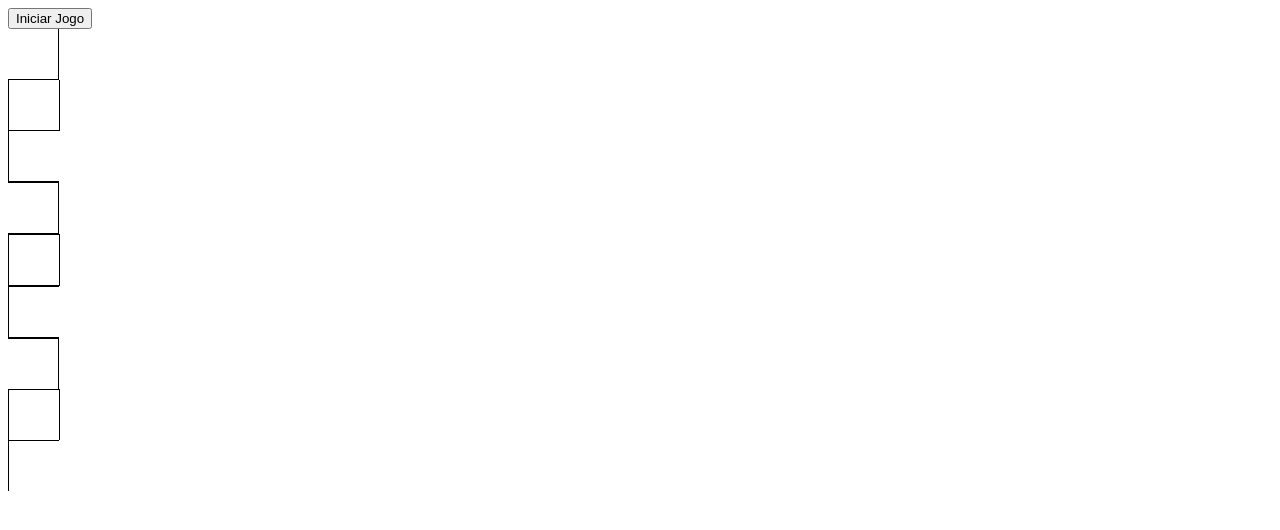
Repository: ErickBalbino/jogo-da-velha
Page: index.html
The author's editor kept a copy of each file at every save. The page is drawn from the files as they stood at one save, then again after a run of saves.
The browser window is 1280 px wide. The pictures show the whole page.

Above is the page before, as saved 2021-08-03 12:13:26.

After the next 2 saves:
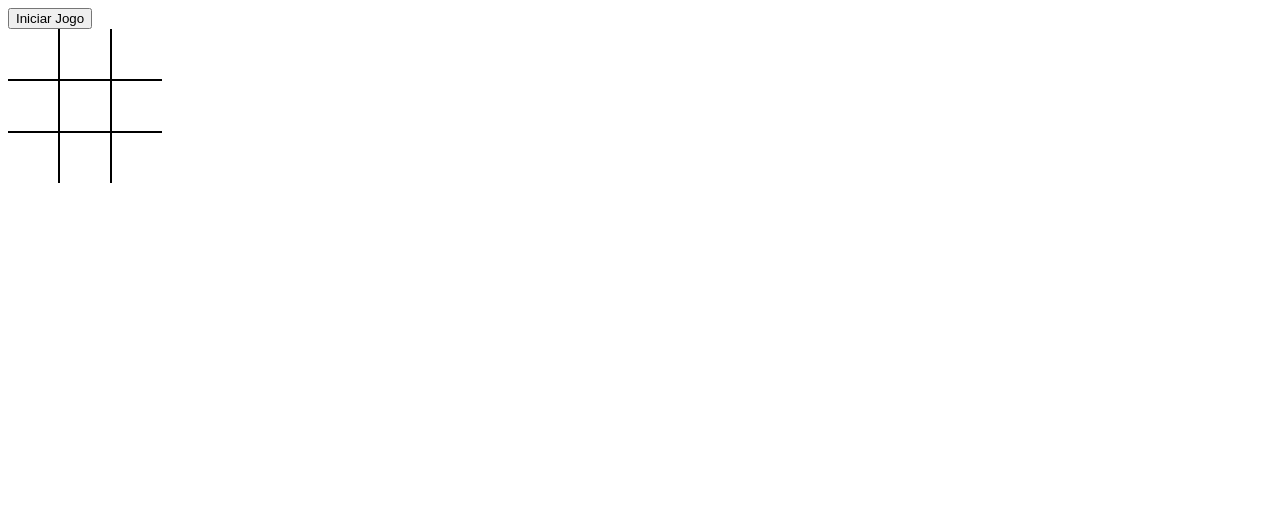
The 2 saves are shown as one change because they came seconds apart.
The last was saved 15 s later.
--- a/style.css
+++ b/style.css
@@ -1,4 +1,3 @@
-<style>
         #dvJogo{
             width: 150px;
             display: grid;
